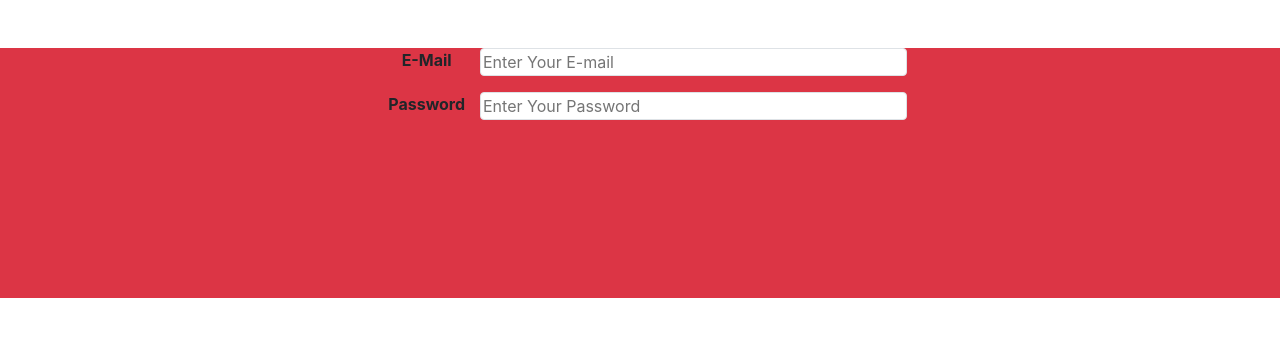
Repository: mariamkhaledsapra/E-Commerce-main
Page: /login
The author's editor kept a copy of each file at every save. The page is drawn from the files as they stood at one save, then again after the next save.
The browser window is 1280 px wide. The pictures show the whole page.
The project was rebuilt for these pictures with package versions that can differ from the ones it lists, and the page was loaded fresh each time. Also part of the build but not shown: src/components/Navbar.jsx.

Above is the page before, as saved 2024-02-13 21:41:06.

### public/index.html
<!DOCTYPE html>
<html lang="en">
  <head>
    <meta charset="utf-8" />
    <link rel="icon" href="%PUBLIC_URL%/favicon.ico" />
    <meta name="viewport" content="width=device-width, initial-scale=1" />
    <meta name="theme-color" content="#000000" />
    <meta
      name="description"
      content="Web site created using create-react-app"
    />
    <link href="https://cdn.jsdelivr.net/npm/bootstrap@5.1.3/dist/css/bootstrap.min.css" rel="stylesheet" integrity="sha384-1BmE4kWBq78iYhFldvKuhfTAU6auU8tT94WrHftjDbrCEXSU1oBoqyl2QvZ6jIW3" crossorigin="anonymous">

    <title>React App</title>
  </head>
  <body>
    <div id="root"></div>
  </body>
</html>

### src/index.js
import React from "react";
import ReactDOM from "react-dom/client";
import "./index.css";
import App from "./App";
import reportWebVitals from "./reportWebVitals";
import { createBrowserRouter, RouterProvider } from "react-router-dom";
import Login from "./components/Login";
import Navbar from "./components/Navbar";

const Routes = createBrowserRouter([
  {
    path: "/",
    element: <App />,
    children: [
      {
        index:true,
        element: <Navbar />,
      },
      {
        path: "/login",
        element: <Login />,
      },
    ],
  },
]);

const root = ReactDOM.createRoot(document.getElementById("root"));
root.render(
  <RouterProvider router={Routes}>
    <App />
  </RouterProvider>
);

reportWebVitals();

### src/App.js
import logo from './logo.svg';
import './App.css';
import Navbar from './components/Navbar';
import { Outlet } from 'react-router-dom';

function App() {
  return (
    <div className="App">
      <Outlet/>
    </div>
  );
}

export default App;

### src/components/Login.jsx
import React from "react";

const Login = () => {
  return (
    <div className="bg-danger  mt-5" style={{ height: "250px" }}>
      {" "}
      <div className="mb-3  d-flex justify-content-center">
        <label className="fw-bolder col-1">E-Mail</label>
        <div className="col-4">
          <input type="email" placeholder="Enter Your E-mail" className="w-100 border rounded"/>
        </div>
      </div>
      <div className="mb-3  d-flex justify-content-center">
        <label className="fw-bolder col-1">Password</label>
        <div className="col-4">
          <input type="password" placeholder="Enter Your Password" className="w-100 border rounded"/>
        </div>
      </div>

    </div>
  );
};

export default Login;

Loaded but not shown: src/index.css (common file); src/reportWebVitals.js (common file); src/App.css (common file)

After the next save:
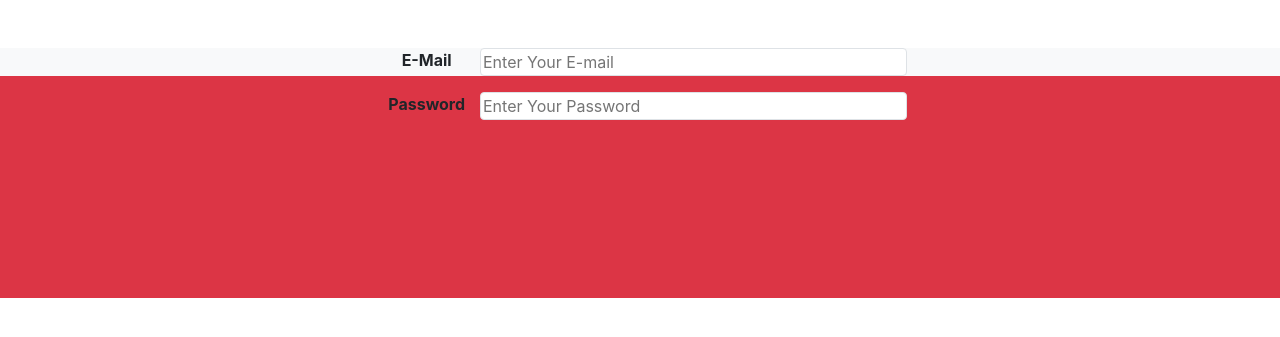
Saved 10 s later.
--- a/src/components/Login.jsx
+++ b/src/components/Login.jsx
@@ -4,7 +4,7 @@
   return (
     <div className="bg-danger  mt-5" style={{ height: "250px" }}>
       {" "}
-      <div className="mb-3  d-flex justify-content-center">
+      <div className="mb-3 bg-light  d-flex justify-content-center">
         <label className="fw-bolder col-1">E-Mail</label>
         <div className="col-4">
           <input type="email" placeholder="Enter Your E-mail" className="w-100 border rounded"/>

After the save that followed:
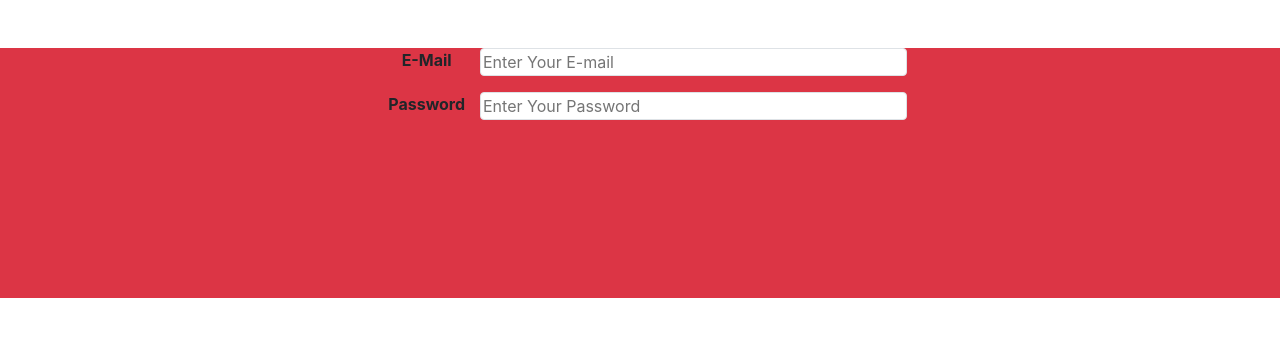
Saved 5 s later.
--- a/src/components/Login.jsx
+++ b/src/components/Login.jsx
@@ -4,7 +4,7 @@
   return (
     <div className="bg-danger  mt-5" style={{ height: "250px" }}>
       {" "}
-      <div className="mb-3 bg-light  d-flex justify-content-center">
+      <div className="mb-3  d-flex justify-content-center">
         <label className="fw-bolder col-1">E-Mail</label>
         <div className="col-4">
           <input type="email" placeholder="Enter Your E-mail" className="w-100 border rounded"/>
